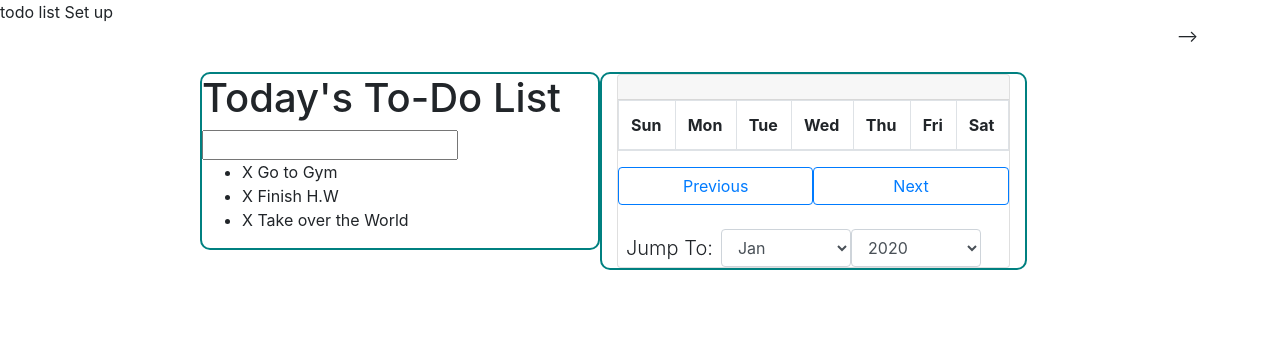
Repository: kkyler24/DayPlanner
Page: Index.html
The author's editor kept a copy of each file at every save. The page is drawn from the files as they stood at one save, then again after the next save.
The browser window is 1280 px wide. The pictures show the whole page.
Some web libraries are served in a nearby version.

Above is the page before, as saved 2020-03-29 20:15:11.

After the next save:
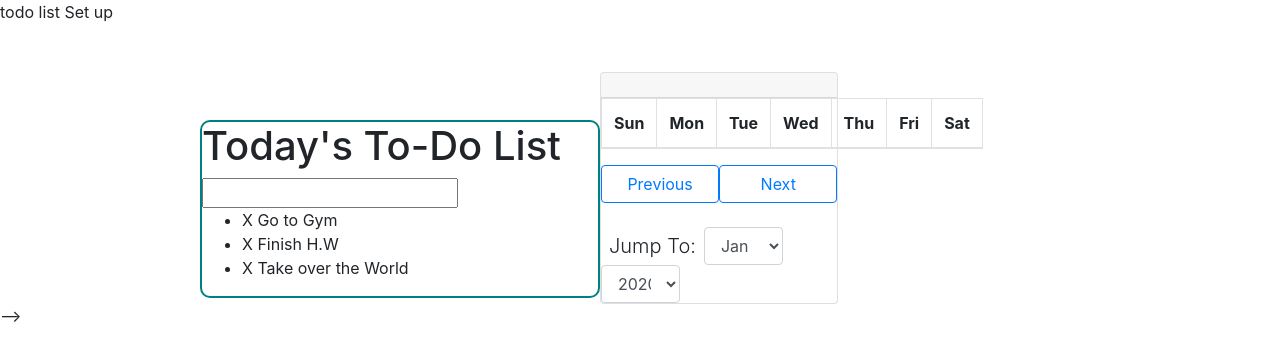
Saved 14 min 34 s later.
--- a/style.css
+++ b/style.css
@@ -1,7 +1,7 @@
-.container{
+/* .container{
     margin-right: 150px;
     margin-top: 3rem;
     float: left;
     border: 2px solid teal;
     border-radius: 10px;
-}
+} */

After the save that followed:
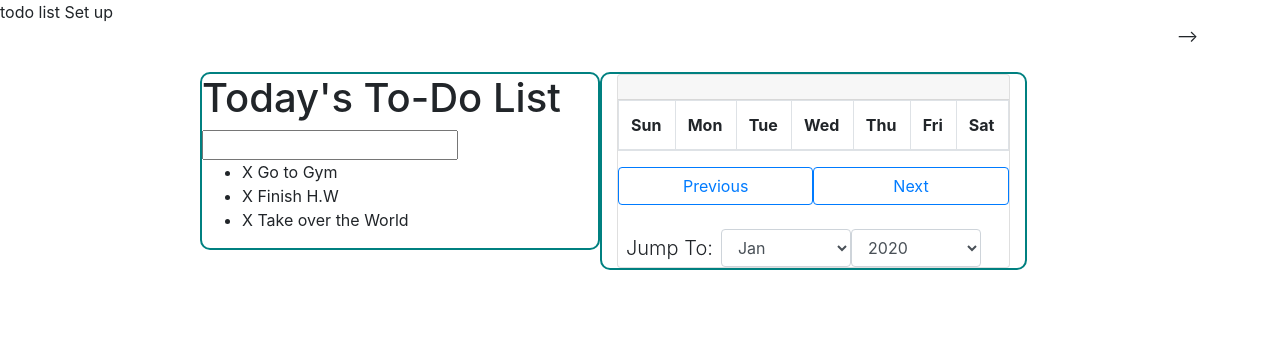
Saved 14 s later.
--- a/style.css
+++ b/style.css
@@ -1,7 +1,7 @@
-/* .container{
+.container{
     margin-right: 150px;
     margin-top: 3rem;
     float: left;
     border: 2px solid teal;
     border-radius: 10px;
-} */
+}
